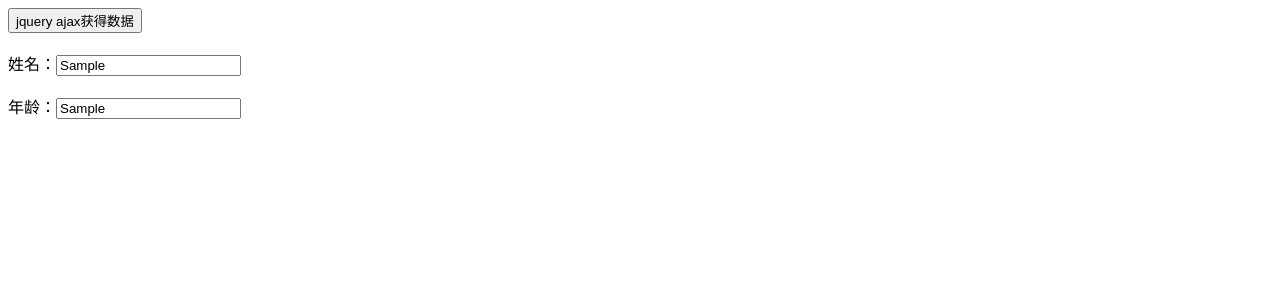
Repository: jsjchai/springmvc_study
Page: http://localhost/jquery02_ajax_json/post.jsp
The author's editor kept a copy of each file at every save. The page is drawn from the files as they stood at one save, then again after the next save.
The browser window is 1280 px wide. The pictures show the whole page.
Empty fields were first filled with sample values (such as "Sample", 5 or name@example.com).
After loading, the first visible `#b1` was clicked once.
The page is served by Tomcat 9.

Above is the page before, as saved 2015-04-08 15:56:21.

### springmvc/jquery/jquery02_ajax_json/WebContent/post.jsp
<%@ page language="java" contentType="text/html; charset=utf-8"
    pageEncoding="utf-8"%>
<!DOCTYPE html PUBLIC "-//W3C//DTD HTML 4.01 Transitional//EN" "http://www.w3.org/TR/html4/loose.dtd">
<html>
<head>
<meta http-equiv="Content-Type" content="text/html; charset=utf-8">
<script type="text/javascript" src="${pageContext.request.contextPath}/js/jquery-1.11.2.js"></script>
<script type="text/javascript">
	$(document).ready(function(){

		$("#b1").click(function(){
			$.post("jqueryServlet?action=post",{"name":"张三","age":25},function(data,textStatus){
				alert(data);
				//alert(textStatus);

					//$("#name").val(data.name);
					//$("#age").val(data.age);


			});
		});
	});
</script>
<title></title>
</head>
<body>
	<input type="button" id="b1" value="jquery ajax获得数据"><br><br>
	姓名：<input type="text" id="name"><br><br>
	年龄：<input type="text" id="age">
</body>
</html>

### springmvc/jquery/jquery02_ajax_json/src/com/jquery/servlet/JqueryServlet.java
package com.jquery.servlet;

import java.io.IOException;
import java.io.PrintWriter;

import javax.servlet.ServletException;
import javax.servlet.annotation.WebServlet;
import javax.servlet.http.HttpServlet;
import javax.servlet.http.HttpServletRequest;
import javax.servlet.http.HttpServletResponse;

import net.sf.json.JSONObject;

@WebServlet("/jqueryServlet")
public class JqueryServlet extends HttpServlet {
	private static final long serialVersionUID = 1L;

	protected void doGet(HttpServletRequest request,
			HttpServletResponse response) throws ServletException, IOException {
		doPost(request, response);
	}

	protected void doPost(HttpServletRequest request,
			HttpServletResponse response) throws ServletException, IOException {
		 response.setContentType("text/html;charset=UTF-8");
		String action=request.getParameter("action");
		if("load".equals(action)){
			load(request, response);
		}else if("post".equals(action)){
			post(request, response);
		}
	}

	private void load(HttpServletRequest request,
			HttpServletResponse response) throws ServletException, IOException {
		PrintWriter out=response.getWriter();
		out.print("load-->jquery-->精神打击");
	}

	private void post(HttpServletRequest request,
			HttpServletResponse response) throws ServletException, IOException {
		String name=request.getParameter("name");
		String age=request.getParameter("age");
		System.out.println("name="+name);
		System.out.println("age="+age);
		//PrintWriter out=response.getWriter();
		JSONObject jsonResult=new JSONObject();
		jsonResult.put("name", name);
		jsonResult.put("age", age);
		PrintWriter out=response.getWriter();
		out.print(jsonResult);
		out.flush();
		out.close();
	}
}

Loaded but not shown: springmvc/jquery/jquery02_ajax_json/WebContent/js/jquery-1.11.2.js (library)

After the next save:
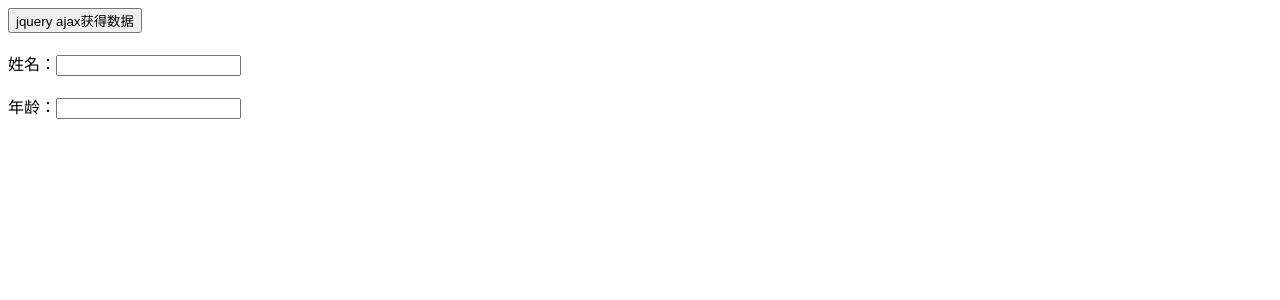
Saved 71 s later.
--- a/springmvc/jquery/jquery02_ajax_json/WebContent/post.jsp
+++ b/springmvc/jquery/jquery02_ajax_json/WebContent/post.jsp
@@ -13,8 +13,8 @@
 				alert(data);
 				//alert(textStatus);
 
-					//$("#name").val(data.name);
-					//$("#age").val(data.age);
+					$("#name").val(data.name);
+					$("#age").val(data.age);
 
 
 			});
